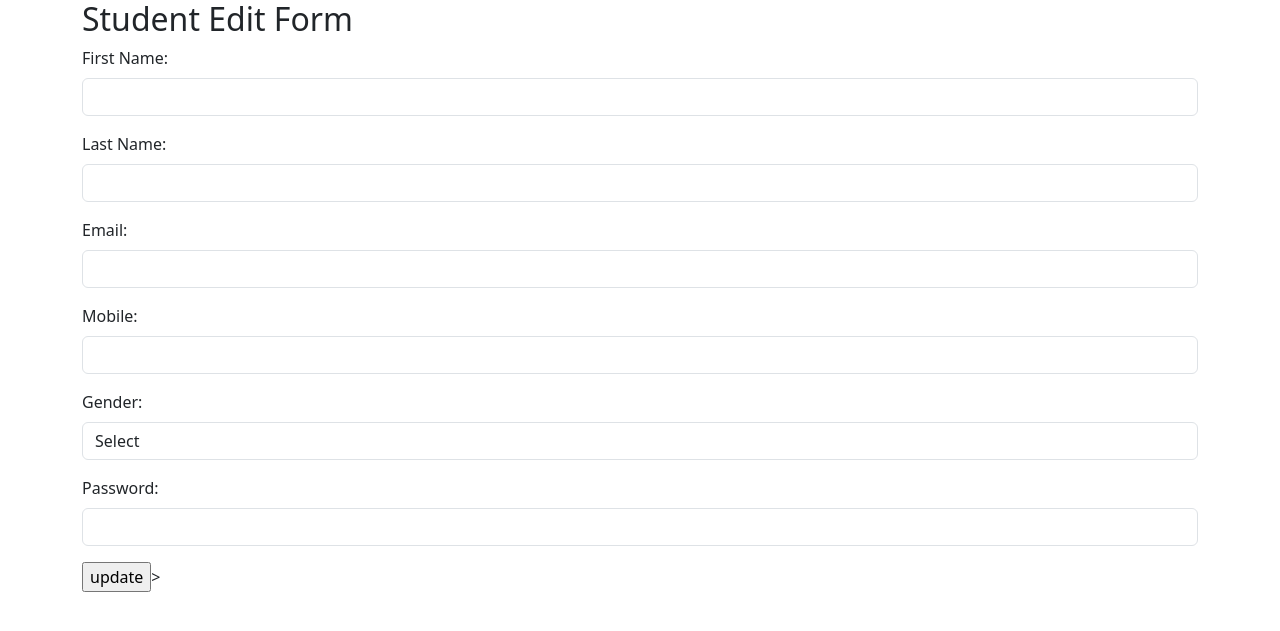
Repository: 2001Yogi/JavaWebAssignment
Page: http://localhost/JSPServletCRUD/edit.jsp
These files come from the project's save history. The page is drawn as it stood at one moment and after the next save; the edit follows.
The browser window is 1280 px wide. The pictures show the whole page.
The page is served by Tomcat 9.

Above is the page before, as saved 2024-09-19 09:09:40.

After the next save:
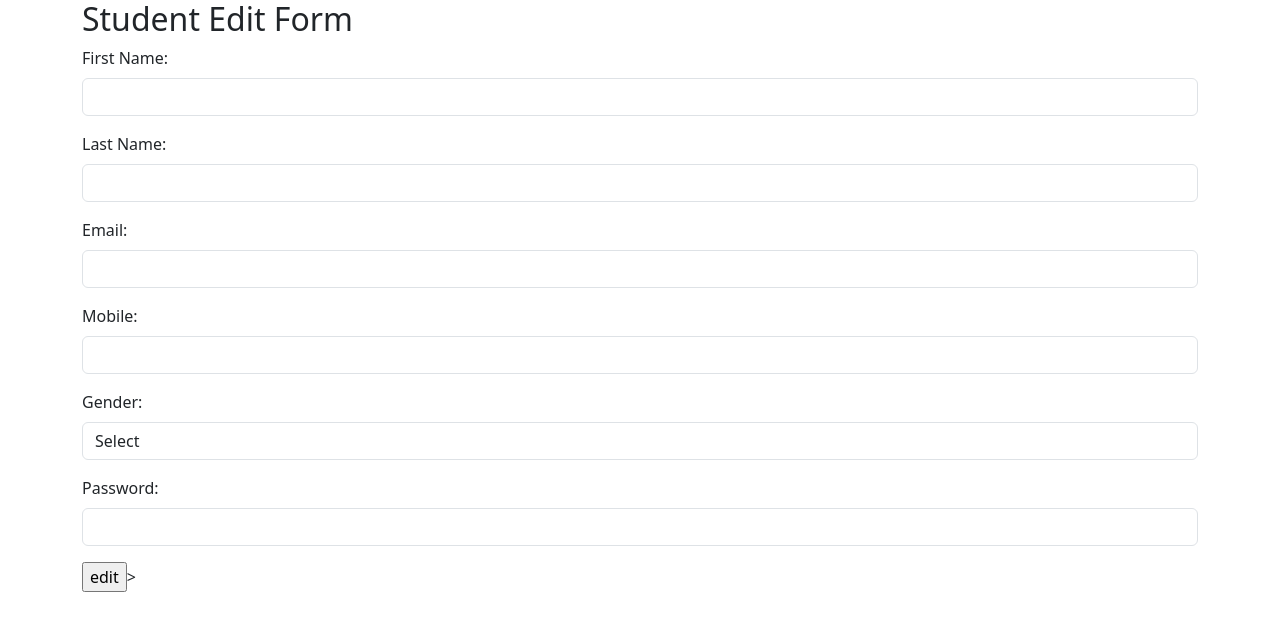
Saved 7 s later.
--- a/JSPServletCRUD/src/main/webapp/edit.jsp
+++ b/JSPServletCRUD/src/main/webapp/edit.jsp
@@ -59,7 +59,7 @@
                 <label for="password" class="form-label">Password:</label>
                 <input type="password" class="form-control" id="password" name="password" required>
             </div>
-            <input type = "Submit" name ="action" value ="update">>
+            <input type = "Submit" name ="action" value ="edit">>
         </form>
     </div>
 </body>
